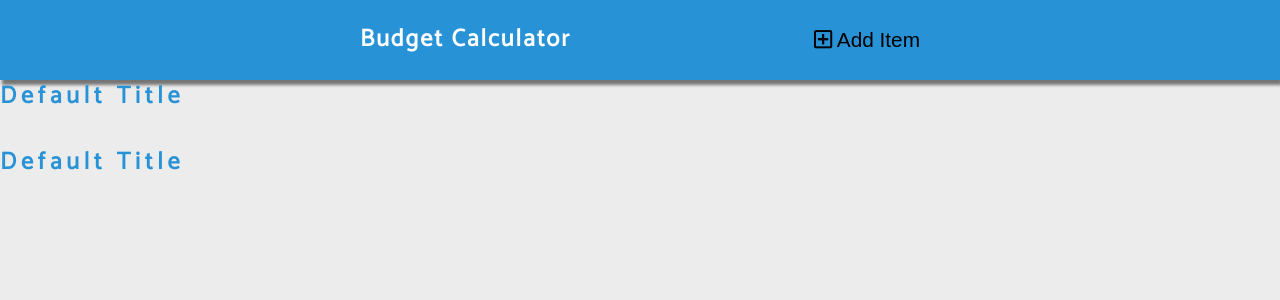
Repository: webdril/budget
Page: /
The author's editor kept a copy of each file at every save. The page is drawn from the files as they stood at one save, then again after the next save.
The browser window is 1280 px wide. The pictures show the whole page.
The project was rebuilt for these pictures with package versions that can differ from the ones it lists, and the page was loaded fresh each time.

Above is the page before, as saved 2020-02-29 01:59:14.

After the next save:
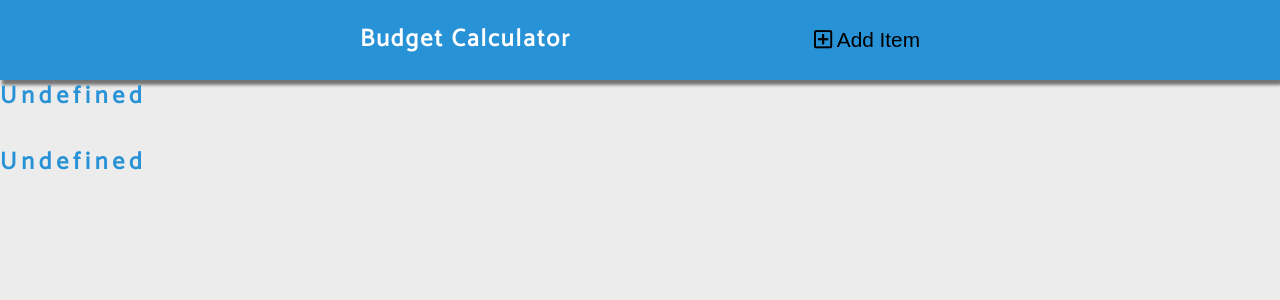
Saved 5 min 33 s later.
--- a/src/Title.svelte
+++ b/src/Title.svelte
@@ -1,5 +1,5 @@
 <script>
-let title = "default title"
+let title;
 
 </script>
 
